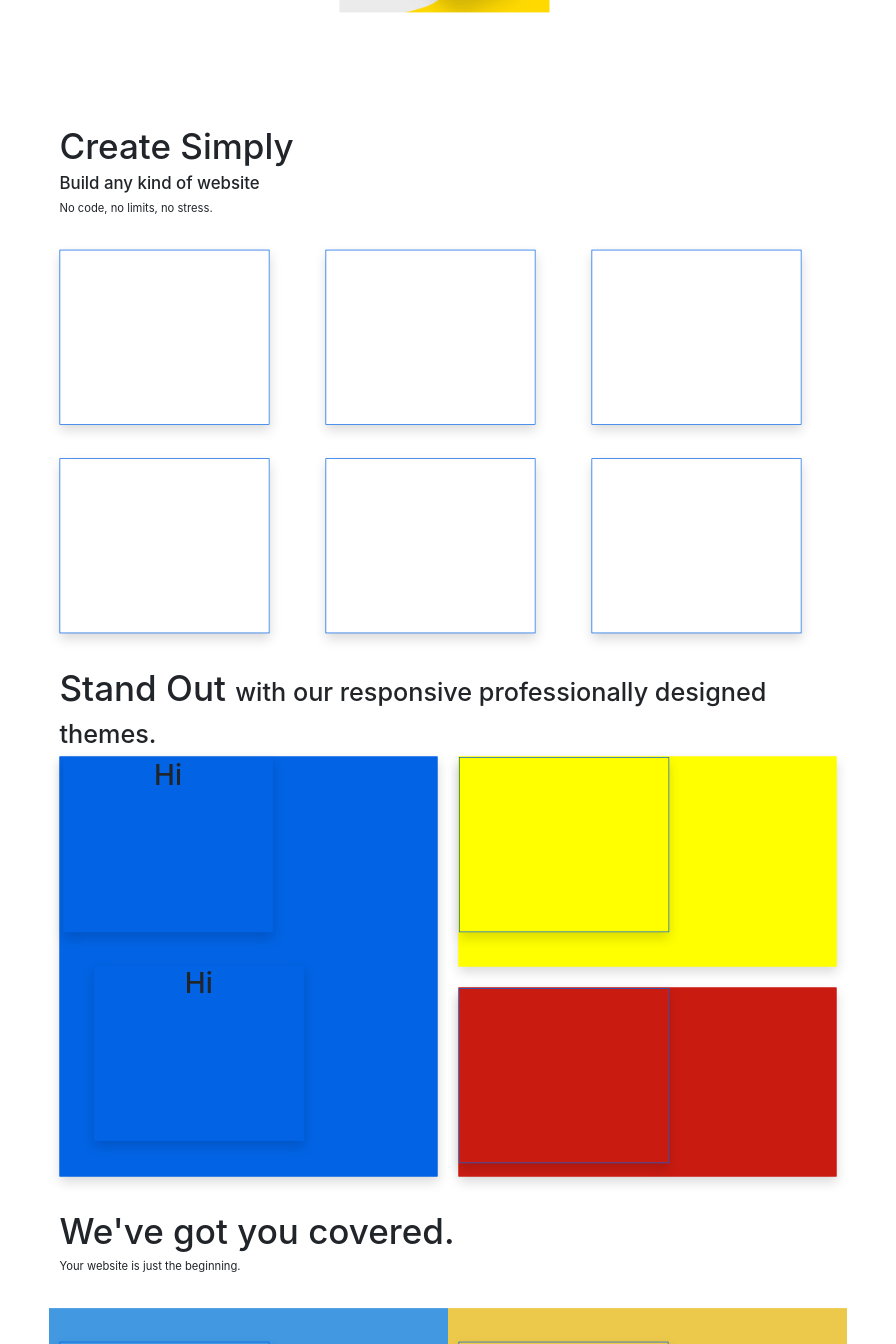
Repository: latenightsnacc/Static-Web-Projects
Page: Dunno Yet/index.html
These files come from the project's save history. The page is drawn as it stood at one moment and after the next save; the edit follows.
The browser window is 1280 px wide. The pictures show the part of the page from y = 1404 to 3324 px (the page is 4733 px tall before and 4756 px after), at 70% of full size.
The style sheet was rebuilt from its Sass, Less or Tailwind sources for each picture, by a compiler version that may differ from the author's.

Above is the page before, as saved 2020-11-11 11:11:10.

After the next save:
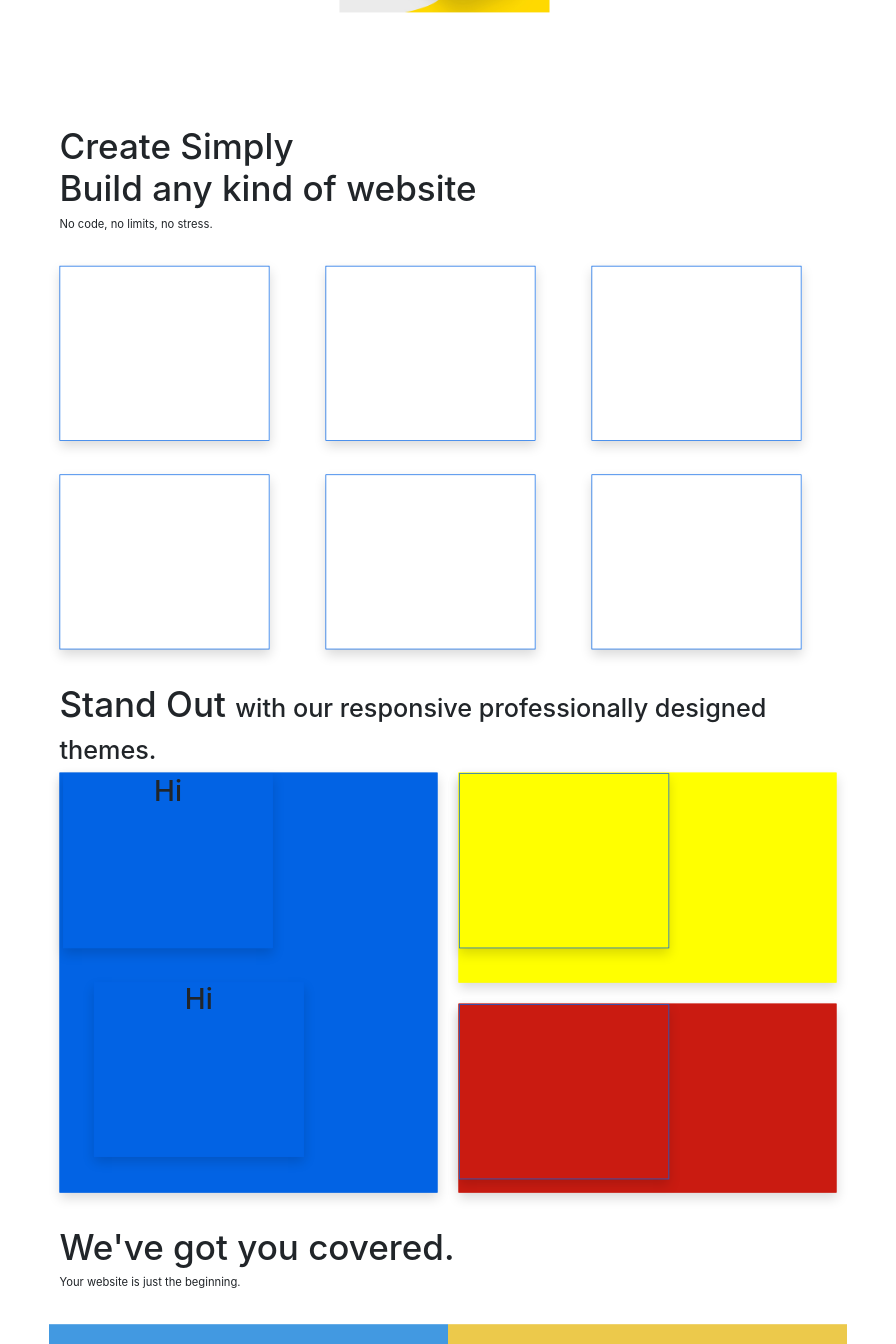
Saved 59 s later.
--- a/Dunno Yet/index.html
+++ b/Dunno Yet/index.html
@@ -116,8 +116,7 @@
     <section class="min-h-screen mt-5 mb-5" id="templates">
         <div class="container">
             <div class="title-box mb-5">
-                <h2 class="section-title">Create Simply </h2>
-                <h4>Build any kind of website</h4>
+                <h2 class="section-title">Create Simply <br/>Build any kind of website </h2>
                 <p>No code, no limits, no stress.</p>
             </div>
             <div class="row">
